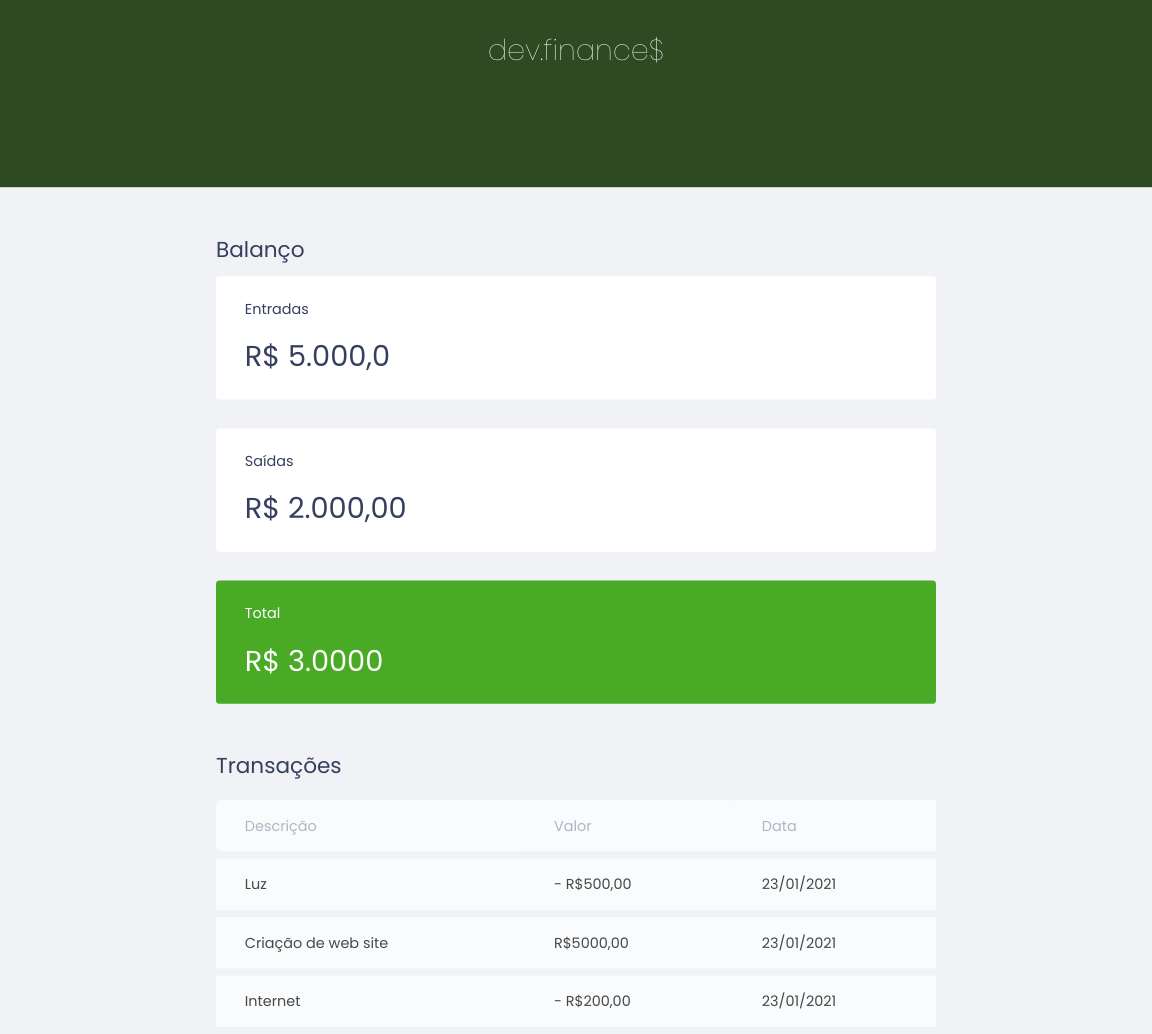
Repository: rafaelmgr12/maratona-dev01
Page: index.html
The author's editor kept a copy of each file at every save. The page is drawn from the files as they stood at one save, then again after the next save.
The browser window is 1280 px wide. The pictures show the whole page, at 90% of full size.

Above is the page before, as saved 2021-04-26 20:54:38.

After the next save:
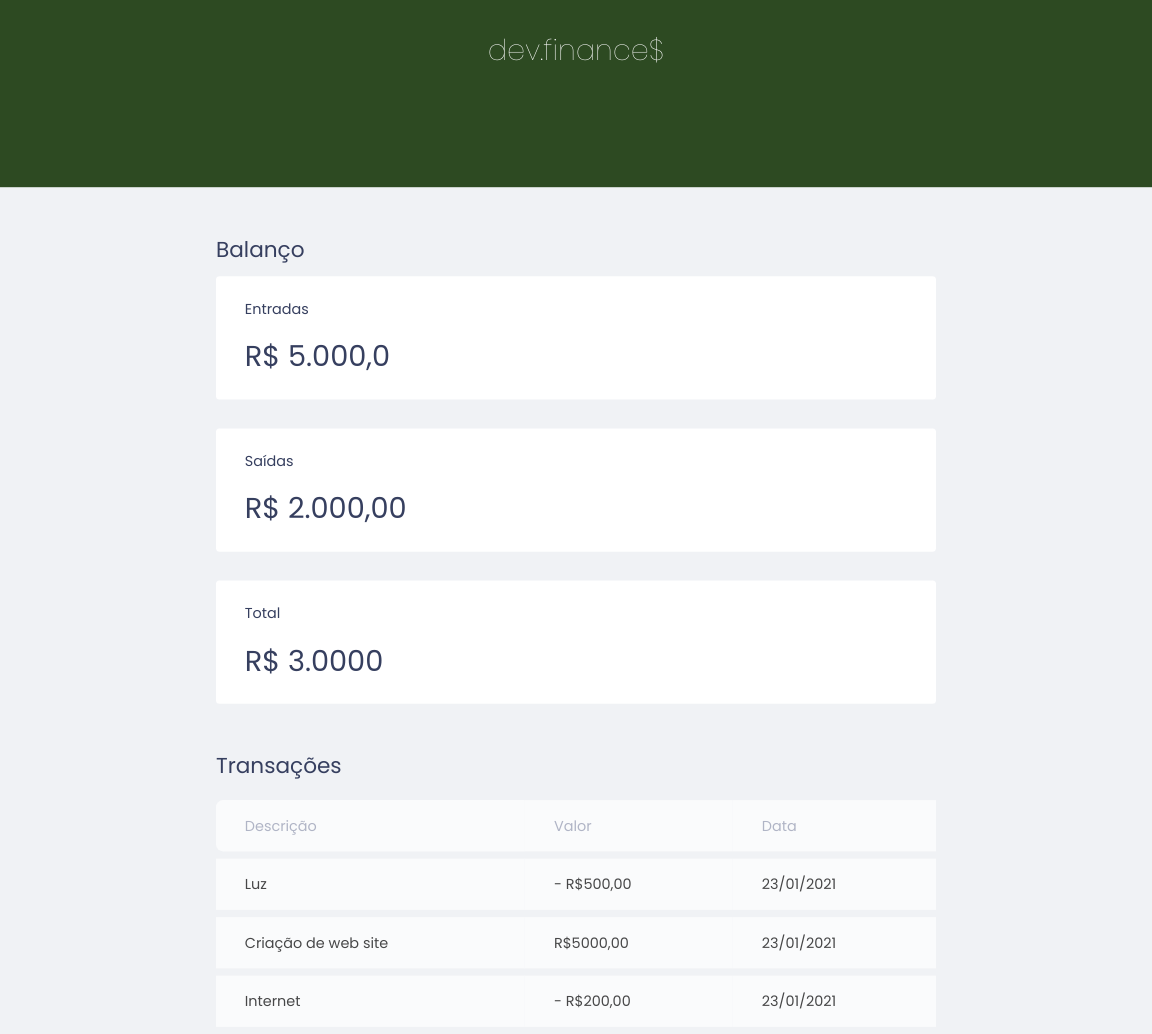
Saved 2 min 22 s later.
--- a/index.html
+++ b/index.html
@@ -22,7 +22,7 @@
           <h3>Saídas</h3>
           <p>R$ 2.000,00</p>
         </div>
-        <div class="card total">
+        <div class="card">
           <h3>Total</h3>
           <p>R$ 3.0000</p>
         </div>
@@ -39,18 +39,18 @@
           </thead>
           <tbody>
             <tr>
-              <td>Luz</td>
-              <td>- R$500,00</td>
+              <td class = "description">Luz</td>
+              <td class = "expense">- R$500,00</td>
               <td>23/01/2021</td>
             </tr>
             <tr>
-              <td>Criação de web site</td>
-              <td>R$5000,00</td>
+              <td class = "description">Criação de web site</td>
+              <td class = "income">R$5000,00</td>
               <td>23/01/2021</td>
             </tr>
             <tr>
-              <td>Internet</td>
-              <td>- R$200,00</td>
+              <td class = "description">Internet</td>
+              <td class = "expense">- R$200,00</td>
               <td>23/01/2021</td>
             </tr>
           </tbody>
